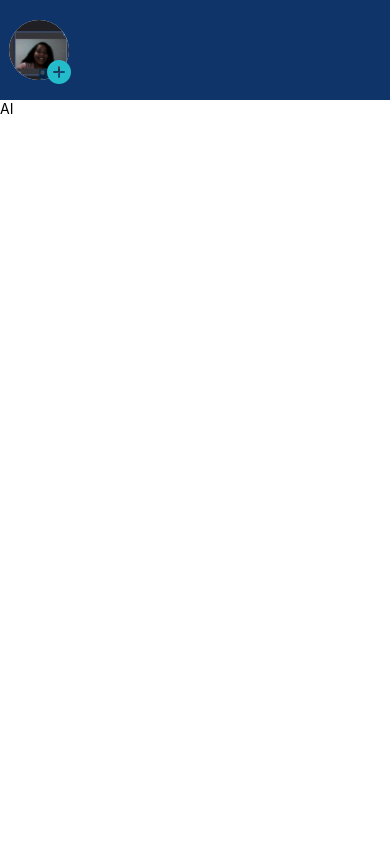
Repository: andre06x/native-estacio
Screen: /
An editor plug-in stored every save of this project. The screen is shown before and after the next save, followed by the edit.
The app was drawn by React Native's web renderer in a window 390 px wide. The project was rebuilt for these pictures with package versions that can differ from the ones it lists, and the page was loaded fresh each time. Also part of the build but not shown: src/Pages/Login/index.tsx.

Above is the screen before, as saved 2022-03-24 13:44:42.

After the next save:
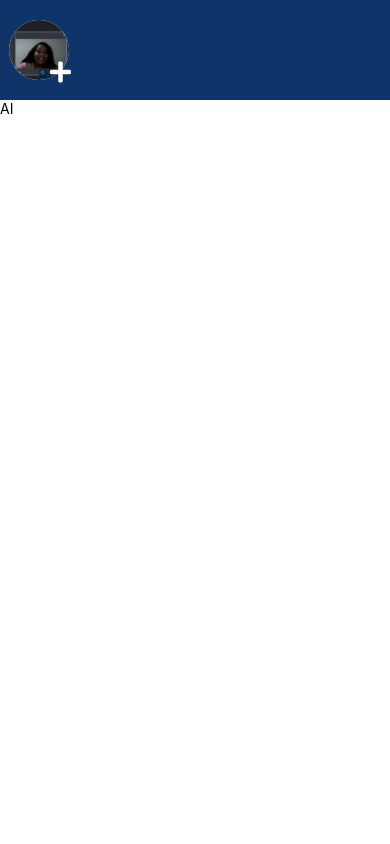
Saved 64 s later.
--- a/src/Pages/Home/index.tsx
+++ b/src/Pages/Home/index.tsx
@@ -1,7 +1,7 @@
 import { StatusBar } from 'expo-status-bar';
 import { StyleSheet, Text, View, ScrollView, Image } from 'react-native';
 import { SafeAreaView } from "react-native-safe-area-context";
-import { AntDesign } from '@expo/vector-icons';
+import { FontAwesome5 } from '@expo/vector-icons';
 
 const Home = () => {
   return (
@@ -15,7 +15,7 @@
             <Image style={styles.profile_image} source={require('./teste.jpg')} />
 
             <View style={styles.profile_container_icon}>
-              <AntDesign name="pluscircle" size={24} color="#24BCCA" />
+              <FontAwesome5 name="plus" size={24} color="white" />
             </View>
           </View>
 
@@ -66,6 +66,8 @@
     position: "absolute",
     right: -2,
     bottom: -5,
+    justifyContent: "center",
+    alignItems: "center"
   }
 });
 
